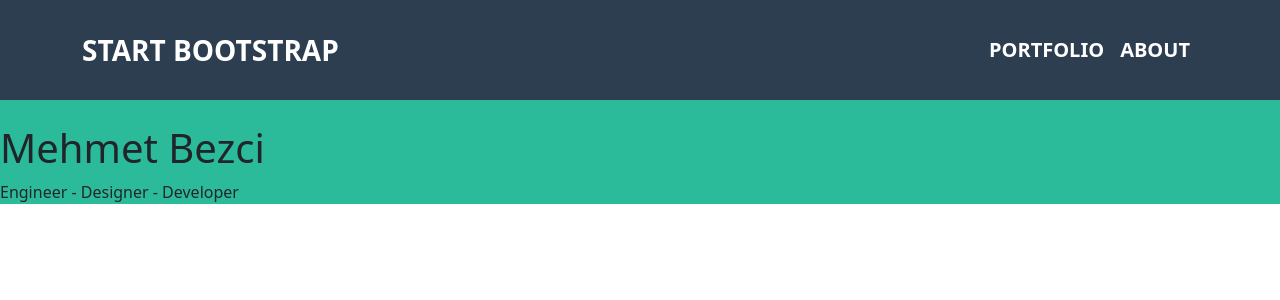
Repository: 7JaxeN7/WT-1255P-Mehmet_BEZC-
Page: index.html
These files come from the project's save history. The page is drawn as it stood at one moment and after the next save; the edit follows.
The browser window is 1280 px wide. The pictures show the whole page.

Above is the page before, as saved 2025-01-06 21:01:50.

### index.html
<!DOCTYPE html>
<html lang="tr">

<head>
  <meta charset="UTF-8">
  <meta name="viewport" content="width=device-width, initial-scale=1.0">
  <link rel="stylesheet" href="style.css">
  <link href="https://cdn.jsdelivr.net/npm/bootstrap@5.3.3/dist/css/bootstrap.min.css" rel="stylesheet"
    integrity="sha384-QWTKZyjpPEjISv5WaRU9OFeRpok6YctnYmDr5pNlyT2bRjXh0JMhjY6hW+ALEwIH" crossorigin="anonymous">
  <title>Start Bootstrap</title>
</head>

<body>
  <!-- Navbar -->
  <header>
    <nav class="navbar navbar-expand-lg navbar-bg">
      <div class="container pt-3 pb-3">
        <a class="navbar-brand text-white fw-bolder fs-3" href="#">START BOOTSTRAP</a>
        <button class="navbar-toggler" type="button" data-bs-toggle="collapse" data-bs-target="#navbarNav"
          aria-controls="navbarNav" aria-expanded="false" aria-label="Toggle navigation">
          <span class="navbar-toggler-icon"></span>
        </button>
        <div class="collapse navbar-collapse" id="navbarNav">
          <ul class="navbar-nav ms-auto">
            <li class="nav-item">
              <a class="nav-link text-white fw-bolder fs-5" href="#">PORTFOLIO</a>
            </li>
            <li class="nav-item">
              <a class="nav-link text-white fw-bolder fs-5" href="#">ABOUT</a>
            </li>
          </ul>
        </div>
      </div>
    </nav>
  </header>
  <!-- Herosection -->
   <div class="herosection-bg">
    <img/>
    <h1>Mehmet Bezci</h1>
    <p>Engineer - Designer - Developer</p>
   </div>
  <!-- Burası bootstrap script kısmı -->
  <script src="https://cdn.jsdelivr.net/npm/bootstrap@5.3.3/dist/js/bootstrap.bundle.min.js"
    integrity="sha384-YvpcrYf0tY3lHB60NNkmXc5s9fDVZLESaAA55NDzOxhy9GkcIdslK1eN7N6jIeHz"
    crossorigin="anonymous"></script>
</body>

</html>

### style.css
.navbar-bg {
  background-color: #2d3e50 !important;
}
.herosection-bg{
    background-color: #2bbb9b ;
}

After the next save:
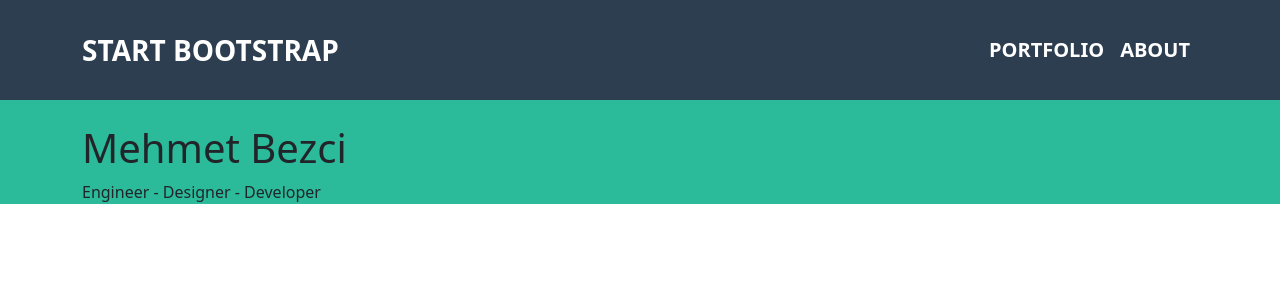
Saved 88 s later.
--- a/index.html
+++ b/index.html
@@ -35,9 +35,11 @@
   </header>
   <!-- Herosection -->
    <div class="herosection-bg">
-    <img/>
+    <div class="container">
+      <img/>
     <h1>Mehmet Bezci</h1>
     <p>Engineer - Designer - Developer</p>
+    </div>
    </div>
   <!-- Burası bootstrap script kısmı -->
   <script src="https://cdn.jsdelivr.net/npm/bootstrap@5.3.3/dist/js/bootstrap.bundle.min.js"
